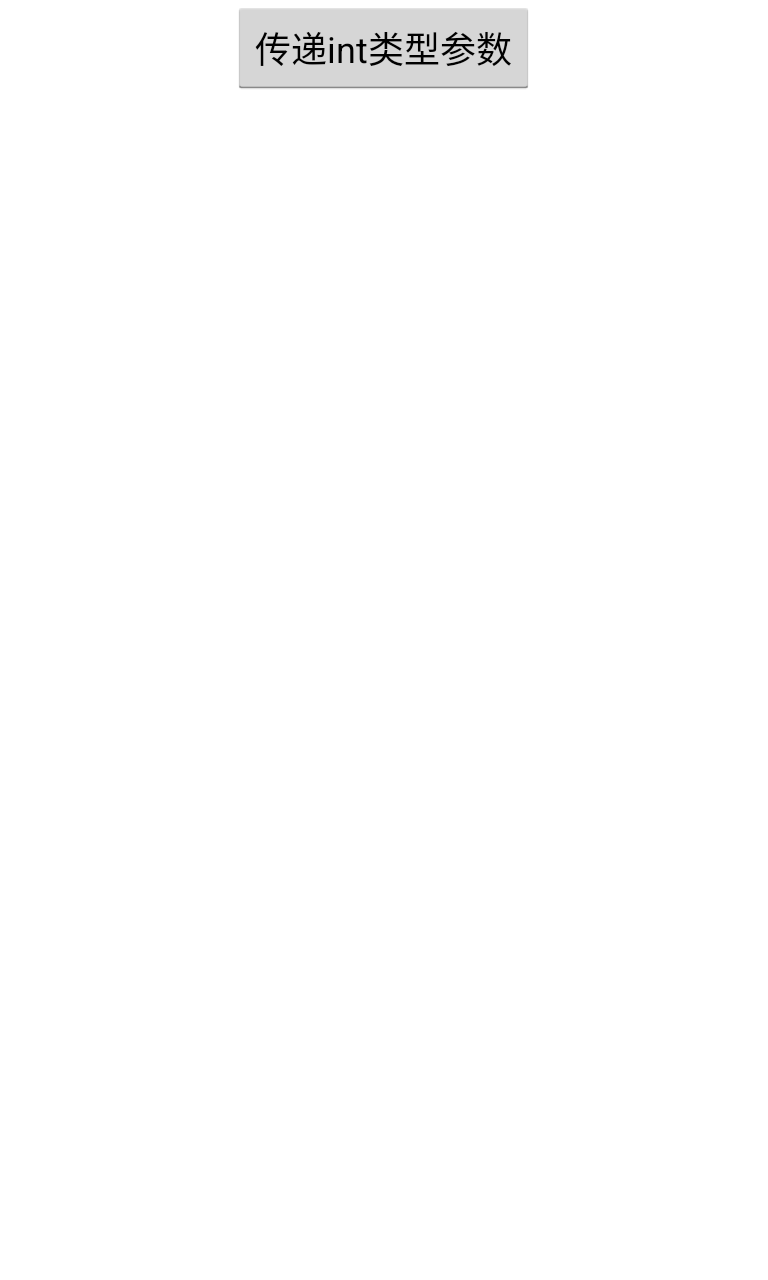
Repository: xfhy/Usually-learn-Android
Layout: JNI/3_java传递数据给C/res/layout/activity_main.xml
An editor plug-in stored every save of this project. The layout is shown before and after the next save, followed by the edit.
It is drawn on a 768 x 1280 px phone screen (xhdpi) without system bars, with theme AppTheme; the app's code is not run.

Above is the layout before, as saved 2017-04-08 07:20:40.

After the next save:
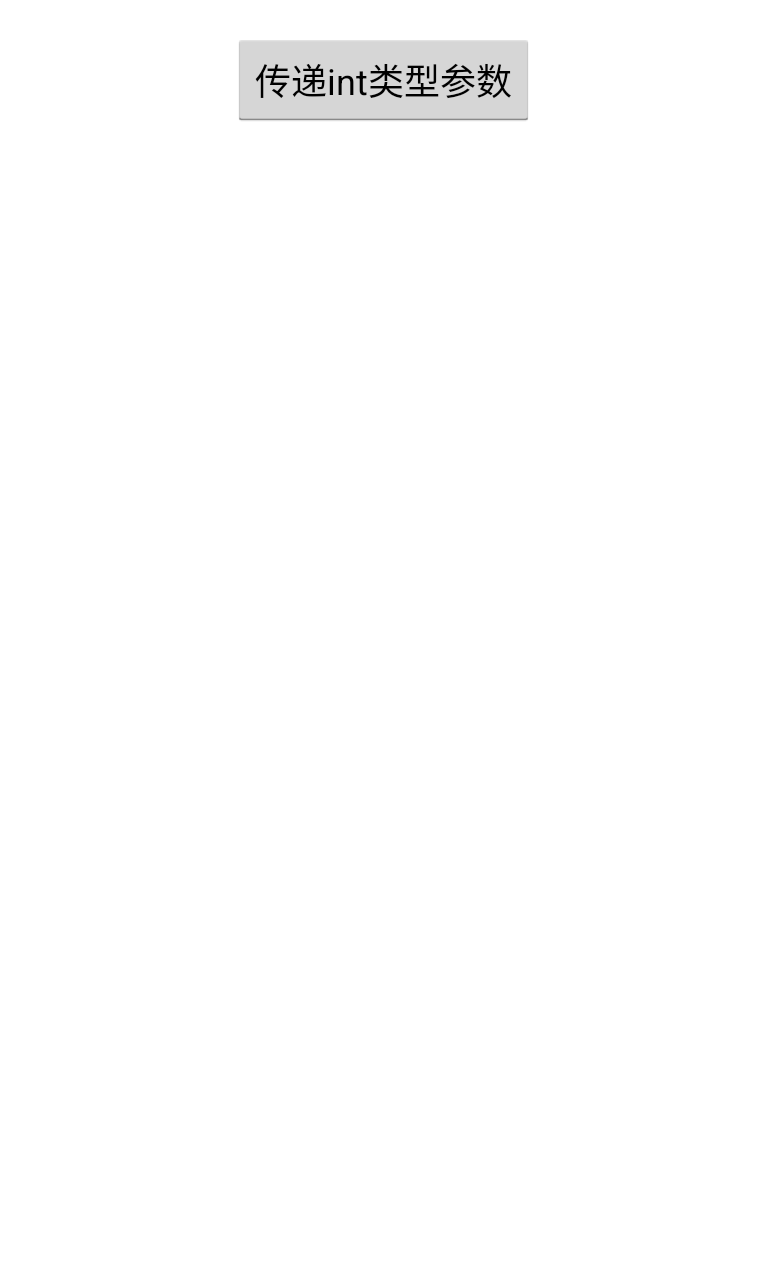
Saved 24 s later.
--- a/JNI/3_java传递数据给C/res/layout/activity_main.xml
+++ b/JNI/3_java传递数据给C/res/layout/activity_main.xml
@@ -4,6 +4,7 @@
     android:layout_height="match_parent"
     android:orientation="vertical"
     android:gravity="center_horizontal"
+    android:padding="16dp"
     tools:context="com.xfhy.javapassdata.MainActivity$PlaceholderFragment" >
 
     <Button
